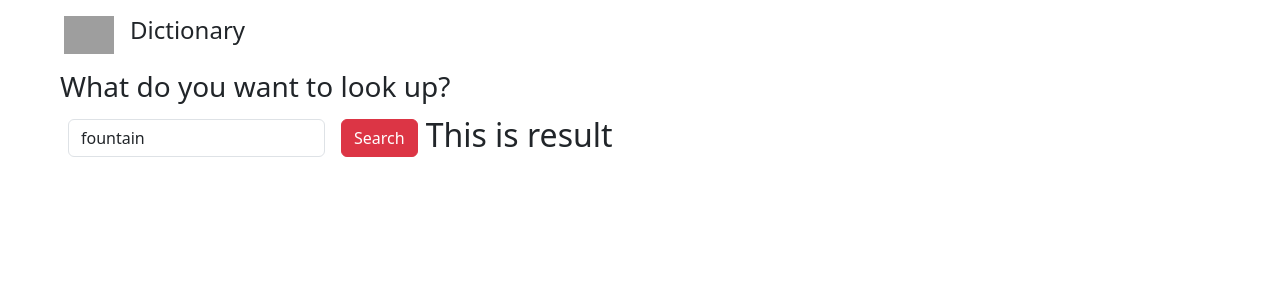
Repository: moehaymanmyint/react-dictionary-app
Page: /
The author's editor kept a copy of each file at every save. The page is drawn from the files as they stood at one save, then again after the next save.
The browser window is 1280 px wide. The pictures show the whole page.
Pictures or frames that could not be fetched are drawn as grey boxes. The page's requests for data from a server got no answer. The project was rebuilt for these pictures with package versions that can differ from the ones it lists, and the page was loaded fresh each time. No one was signed in, and anything a server would have sent is missing.

Above is the page before, as saved 2024-08-28 10:44:29.

### src/App.js
import './App.css';
import 'bootstrap/dist/css/bootstrap.css';

import Search from "./Search"

function App() {
  return (
    <div className="App">
      {/* Logo */}
      <div className='logo m-3 mx-5 d-flex align-items-center'>
        <img src="https://th.bing.com/th/id/R.1ebe3e38406a8906121c9769e62adc3e?rik=d1hISy0qiMJ7Hg&pid=ImgRaw&r=0" alt="Logo" className='mx-3'/>
        <h4>Dictionary</h4>
      </div>

      <div className='container d-flex m-3 mx-5'>
        {/* Header */}
        <div className="header">
          <Search />
        </div>

        {/* Content */}
        <div className="content mx-5" >

        </div>

      </div>
    </div>
  );
}

export default App;

### src/App.css
.App img{
    width: 50px;
}

### src/Search.js
import React, {useState} from "react";
import 'bootstrap/dist/css/bootstrap.css';
import axios from 'axios';
import Result from "./Result"

export default function Search(props){
    let [word, setWord] = useState('fountain');
    let [result, setResult] = useState(null);

    let apiUrl =  `https://api.shecodes.io/dictionary/v1/define?word=${word}&key=03aa5321feb0a48eoca7a4tede1f2bb1`;
    axios.get(apiUrl).then(handleResponse);

    function handleResponse(response){
        console.log(response);
    }

    function handleSubmit(event){
        event.preventDefault();
        alert("searching for " + word);
    }

    function updateWord(event){
        setWord(event.target.value);
    }

    return (
        <div className="Content">
            <h3>What do you want to look up?</h3>
            <div className="d-flex">
            <form onSubmit={handleSubmit} className="d-flex">
                <input type="search" className="form form-control m-2" value={word} onChange={updateWord}/>
                <input type="submit" value="Search" className="btn btn-danger m-2"/>
            </form>
            <div className="meaning">
                <Result results={result} />
            </div>
            </div>
        </div>
    );
}

### src/Result.js
import React from "react";

export default function Result(props){

    return (
        <div className="Result fs-2">
            This is result
        </div>
    )
}

Loaded but not shown: public/index.html (common file); src/index.js (common file); src/index.css (common file); src/reportWebVitals.js (common file)

After the next save:
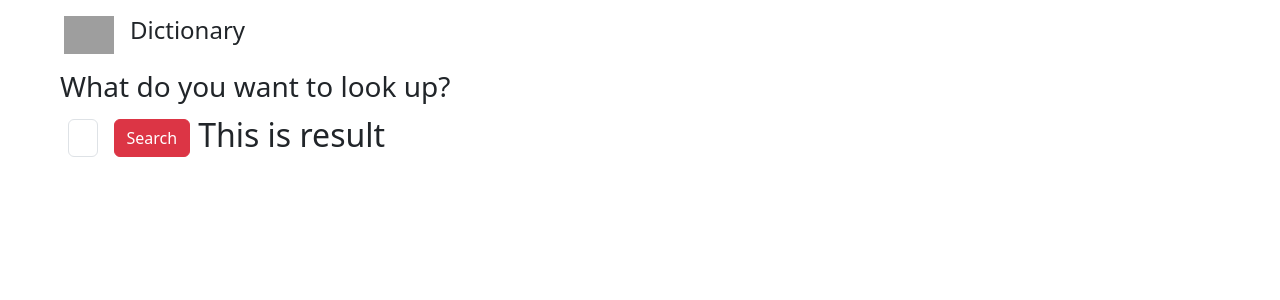
Saved 26 s later.
--- a/src/Search.js
+++ b/src/Search.js
@@ -27,7 +27,7 @@ export default function Search(props){
         <div className="Content">
             <h3>What do you want to look up?</h3>
             <div className="d-flex">
-            <form onSubmit={handleSubmit} className="d-flex">
+            <form onSubmit={handleSubmit} className="d-flex w-25">
                 <input type="search" className="form form-control m-2" value={word} onChange={updateWord}/>
                 <input type="submit" value="Search" className="btn btn-danger m-2"/>
             </form>
